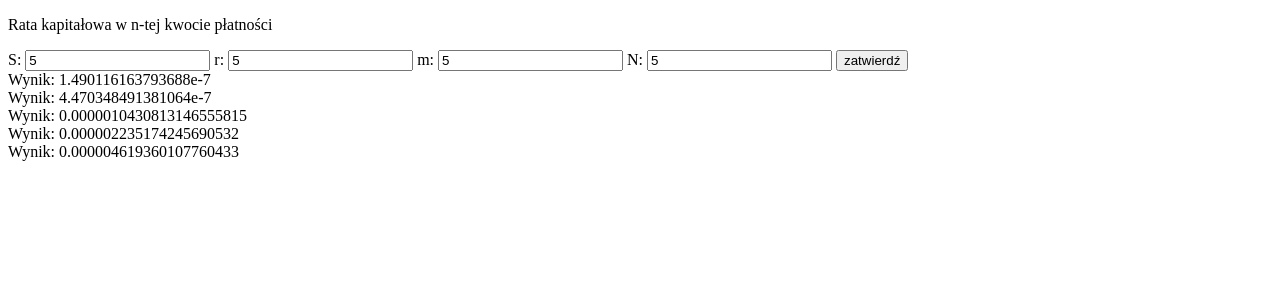
Repository: ravkita/MFCalc
Page: index.html
An editor plug-in stored every save of this project. The page is shown before and after the next save, followed by the edit.
The browser window is 1280 px wide. The pictures show the whole page.
Empty fields were first filled with sample values (such as "Sample", 5 or name@example.com).
After loading, the first visible `#confirm` was clicked once.

Above is the page before, as saved 2021-04-12 16:59:08.

After the next save:
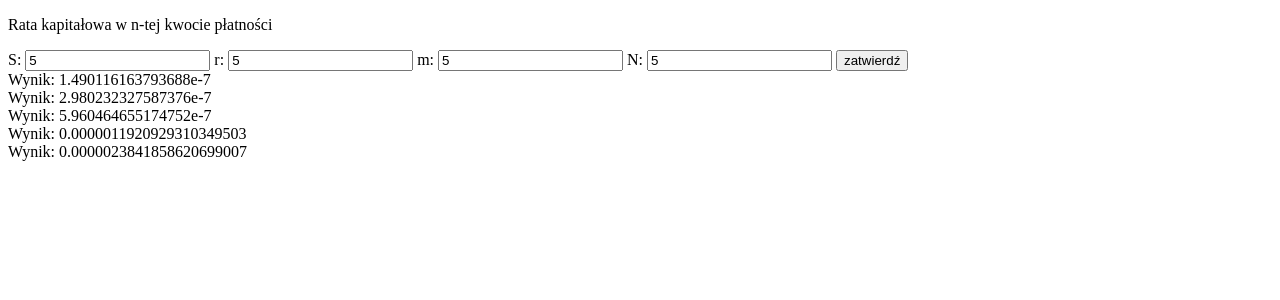
Saved 83 s later.
--- a/index.html
+++ b/index.html
@@ -30,7 +30,7 @@
                 let t = [];
                 for(let i = 1; i<=N; i++){
                     const el = document.createElement("div");
-                    t[i-1] = s*((Math.pow(q, i) - 1)/(Math.pow(q, m*N) - 1));
+                    t[i-1] = s*((Math.pow(q, i) - Math.pow(q, i-1))/(Math.pow(q, m*N) - 1));
                     el.innerText = `Wynik: ${t[i-1]}`;
                     document.querySelector('.result').appendChild(el);
                 }
